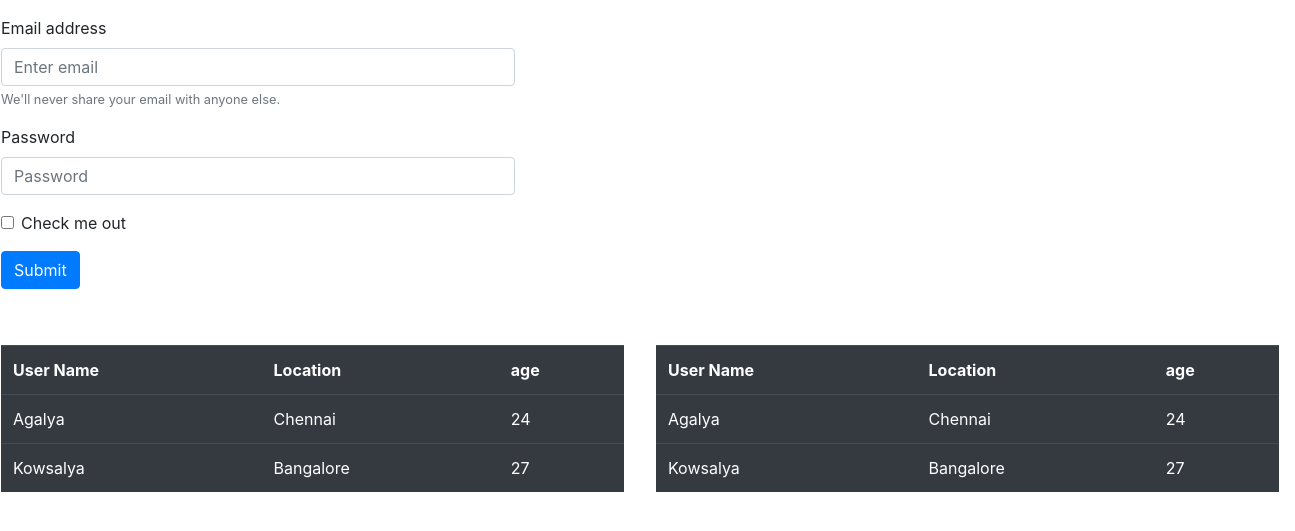
Repository: rajeshkannane/java1
Page: Form/public/index.html
These files come from the project's save history. The page is drawn as it stood at one moment and after the next save; the edit follows.
The browser window is 1280 px wide. The page is 1295 px wide, so the pictures cover 1295 px, including what lies to the right of the window. The pictures show the whole page.

Above is the page before, as saved 2022-11-14 16:53:57.

After the next save:
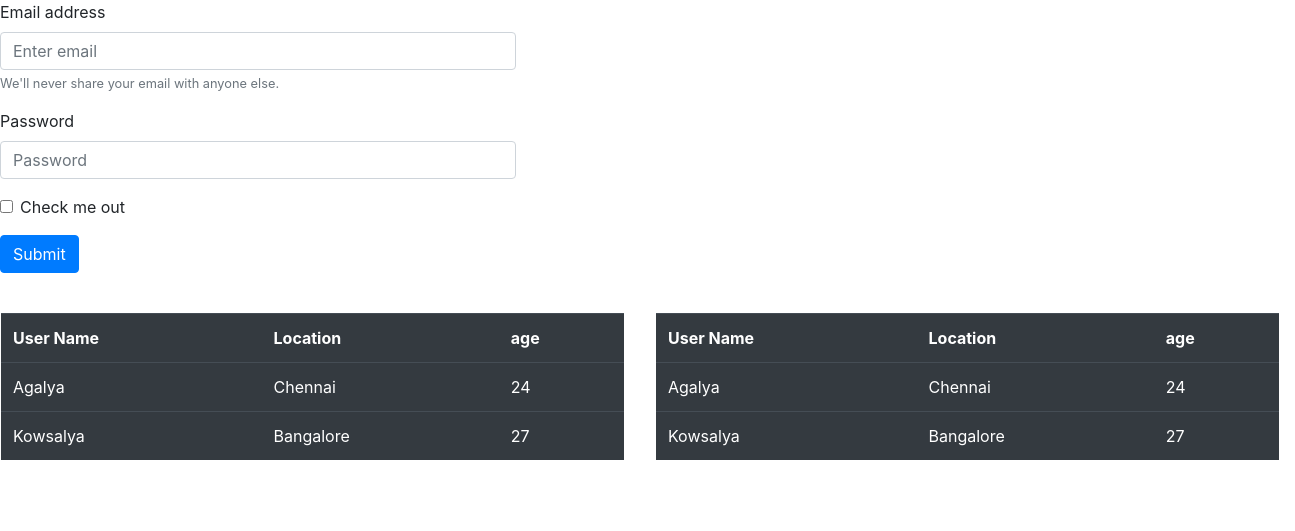
Saved 5 s later.
--- a/Form/public/index.html
+++ b/Form/public/index.html
@@ -9,7 +9,7 @@
 
 <body>
 <div class="row">
-<div class="col-sm-5 p-3">
+<div class="col-sm-5 p-10">
 <form>
   <div class="form-group">
     <label for="exampleInputEmail1">Email address</label>
